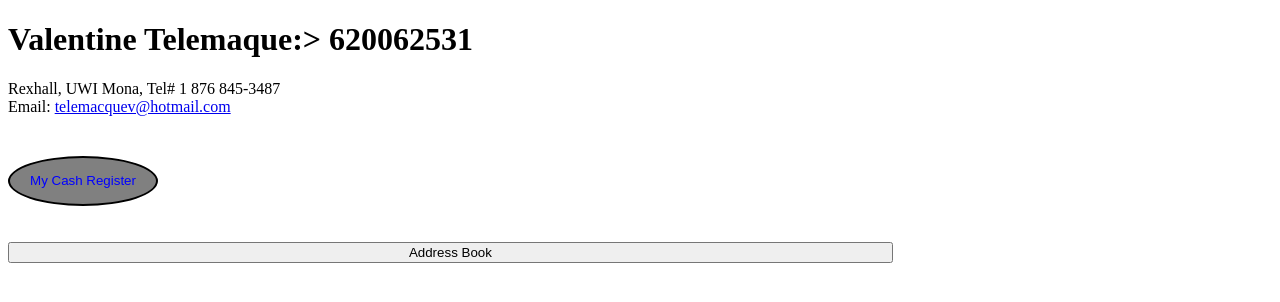
Repository: telemacquev/info2180project1
Page: index.html
The author's editor kept a record of every edit. The page is drawn from the files as they stood at one moment, then again after the next edit.
The browser window is 1280 px wide. The pictures show the whole page.

Above is the page before.

After the next edit:
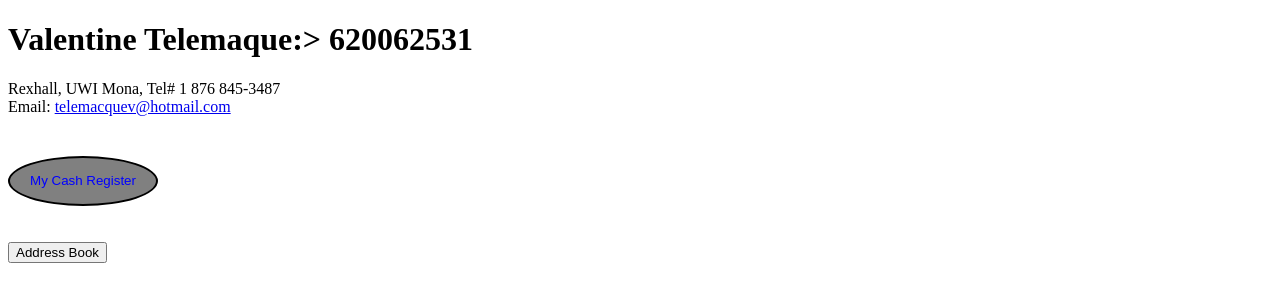
The edit:
--- a/index.html
+++ b/index.html
@@ -20,6 +20,6 @@
 
         <input id="button01" type="button" onclick="runMe()" value="My Cash Register">
         <br> <br> <br>
-        <input id="heading" type="button" onclick="runMe2()" value="Address Book">
+        <input id="button02" type="button" onclick="runMe2()" value="Address Book">
     </body>
 </html>
